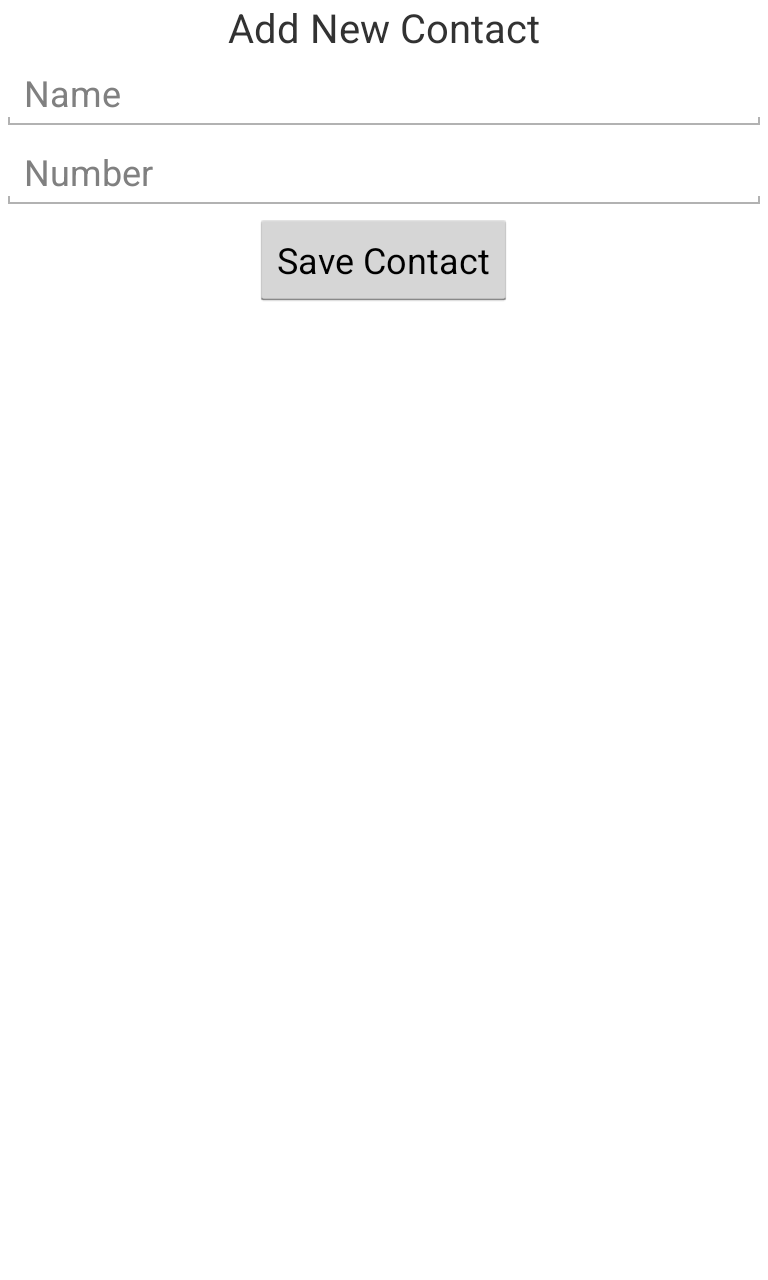
Repository: efreestone/CPM_Freestone
Layout: Project1Android/res/layout/activity_new_item.xml
The author's editor kept a copy of each file at every save. The layout is drawn from the files as they stood at one save, then again after the next save.
It is drawn on a 768 x 1280 px phone screen (xhdpi) without system bars, with theme AppTheme; the app's code is not run.

Above is the layout before, as saved 2014-10-03 01:32:47.

After the next save:
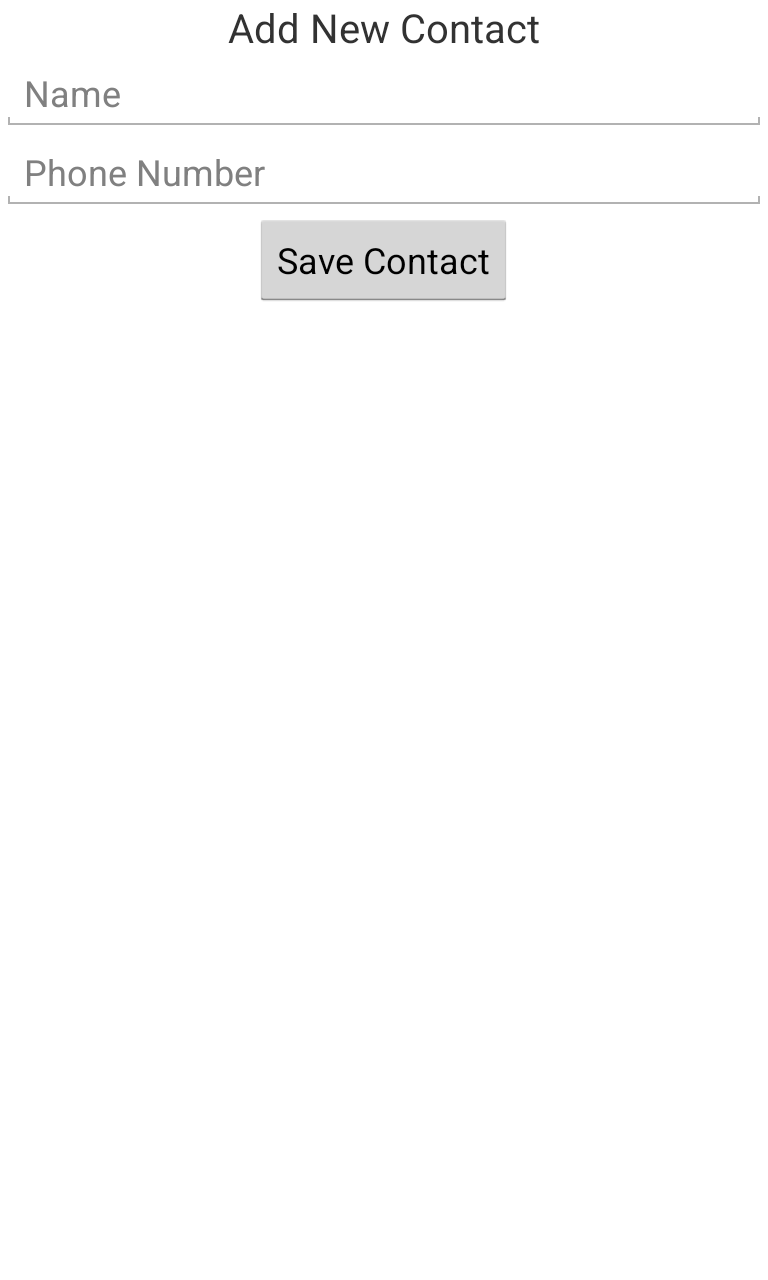
Saved 22 s later.
--- a/Project1Android/res/values/strings.xml
+++ b/Project1Android/res/values/strings.xml
@@ -15,7 +15,7 @@
     <string name="passwordTitleText">Password</string>
 
     <string name="nameHeader">Name</string>
-    <string name="numberHeader">Number</string>
+    <string name="numberHeader">Phone Number</string>
     <string name="newItemTitle">Add New Contact</string>
     <string name="saveContactButton">Save Contact</string>
 </resources>
